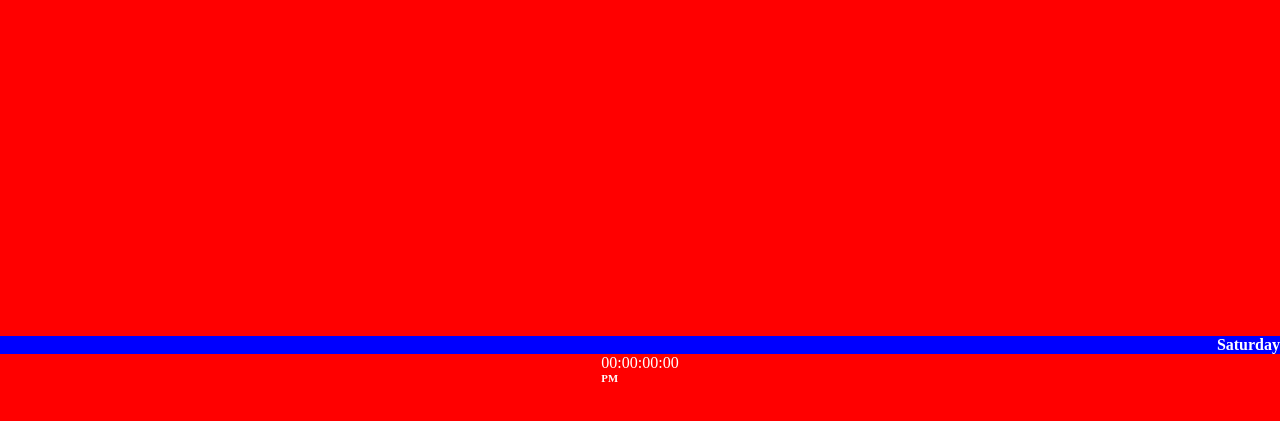
Repository: EguJaredoBoyd/Jared-Digital-Clock
Page: index.html
These files come from the project's save history. The page is drawn as it stood at one moment and after the next save; the edit follows.
The browser window is 1280 px wide. The pictures show the whole page.

Above is the page before, as saved 2026-01-03 23:02:55.

After the next save:
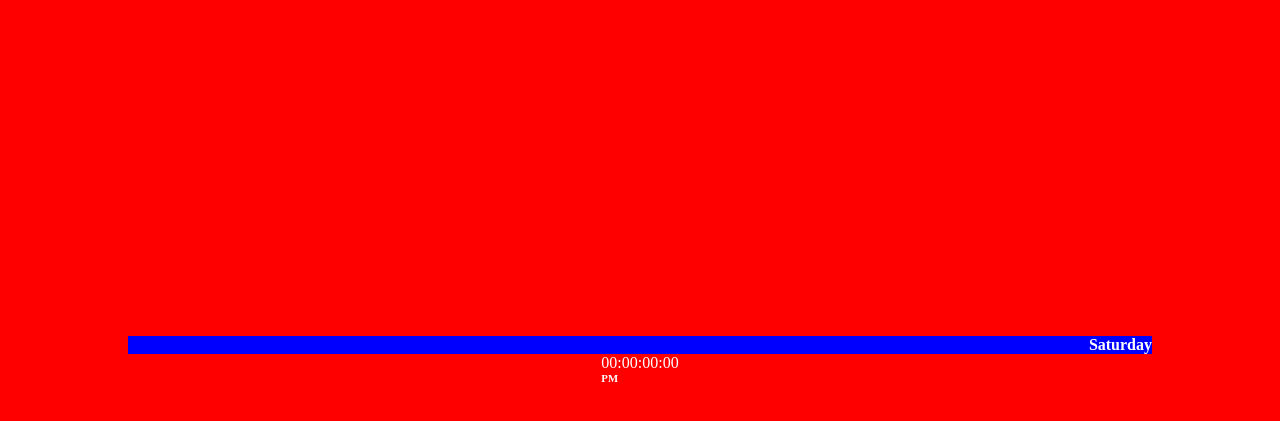
Saved 19 s later.
--- a/css/styles.css
+++ b/css/styles.css
@@ -20,7 +20,7 @@ body {
 
 .watch-container__day {
   background-color: blue;
-  width: 100vw;
+  width: 80vw;
   display: flex;
   justify-content: end;
 }
